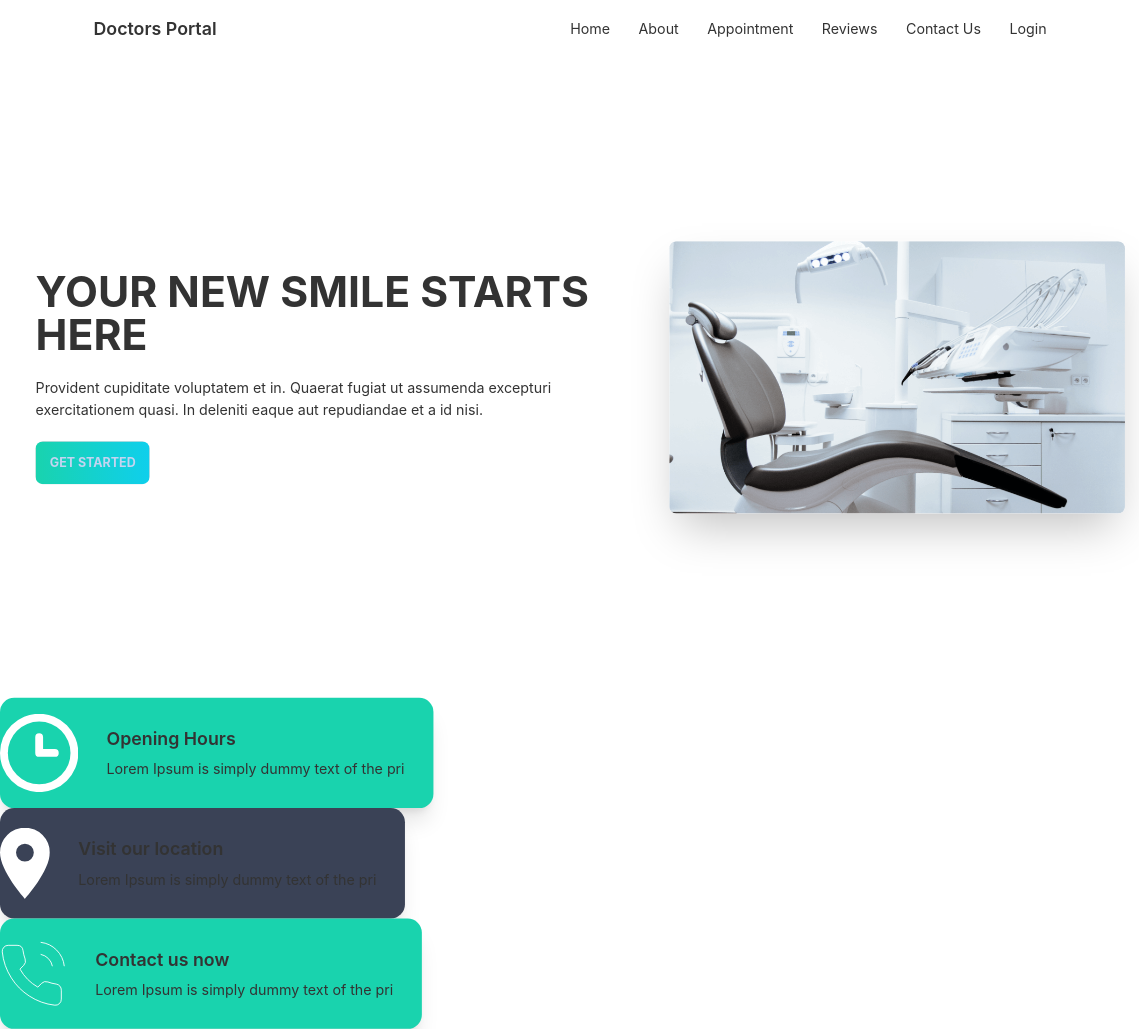
Repository: shikubro90/doctorsportal
Page: /
These files come from the project's save history. The page is drawn as it stood at one moment and after a run of saves; the edit follows.
The browser window is 1280 px wide. The pictures show the whole page, at 89% of full size.
The project was rebuilt for these pictures with package versions that can differ from the ones it lists, and the page was loaded fresh each time. Also part of the build but not shown: src/App.css, src/Pages/About/About.jsx.

Above is the page before, as saved 2022-09-28 16:54:08.

### src/App.js
import { Route, Routes } from 'react-router-dom';
import './App.css';
import About from './Pages/About/About';
import Home from './Pages/Home/Home';
import Navbar from './Shared/Navbar';

function App() {
  return (
    <div className="App">
      <Navbar/>
      <Routes>
        <Route path='/' element={<Home/>}/>
        <Route path='/home' element={<Home/>}/>
        <Route path='/about' element={<About/>}/>
      </Routes>
    </div>
  );
}

export default App;

### src/Pages/Home/Home.jsx
import React from 'react'
import Banner from './Banner'
import BasicInfo from './BasicInfo'

const Home = () => {
  return (
    <div>
      <Banner />
      <BasicInfo/>
    </div>
  )
}

export default Home

### src/Shared/Navbar.jsx
import React from 'react'
import { Link } from 'react-router-dom'

const Navbar = () => {
  return (
    <div className="px-20">
      <div className="navbar bg-base-100">
        <div className="navbar-start">
          <div className="dropdown">
            <label tabIndex={0} className="btn btn-ghost lg:hidden">
              <svg
                xmlns="http://www.w3.org/2000/svg"
                className="h-5 w-5"
                fill="none"
                viewBox="0 0 24 24"
                stroke="currentColor"
              >
                <path
                  strokeLinecap="round"
                  strokeLinejoin="round"
                  strokeWidth="2"
                  d="M4 6h16M4 12h8m-8 6h16"
                />
              </svg>
            </label>
            <ul
              tabIndex={0}
              className="menu menu-compact dropdown-content mt-3 p-2 shadow bg-base-100 rounded-box w-52"
            >
              <li>
                <Link to="/home">Home</Link>
              </li>
              <li>
                <Link to="/about">About</Link>
              </li>
              <li>
                <Link to="/appointment">Appointment</Link>
              </li>
              <li>
                <Link to="/review">Reviews</Link>
              </li>
              <li>
                <Link to="/contact">Contact Us</Link>
              </li>
              <li>
                <Link to="/contact">Login</Link>
              </li>
            </ul>
          </div>
          <Link to="/" className='btn btn-ghost normal-case text-xl'>Doctors Portal</Link>
        </div>

        <div className="navbar-center hidden lg:flex">

          <ul className="menu menu-horizontal p-0 pl-20">
            <li>
              <Link to="/home">Home</Link>
            </li>
            <li>
              <Link to="/about">About</Link>
            </li>
            <li>
              <Link to="/appointment">Appointment</Link>
            </li>
            <li>
              <Link to="/review">Reviews</Link>
            </li>
            <li>
              <Link to="/contact">Contact Us</Link>
            </li>
            <li>
              <Link to="/contact">Login</Link>
            </li>
          </ul>

        </div>

      </div>

    </div>
  )
}

export default Navbar

### src/Pages/Home/Banner.jsx
import React from 'react'
import heroImage from '../../assets/images/chair.png'
import ButtonPrimary from '../../Shared/ButtonPrimary'

function Banner() {
  return (
    <div className=''>
      <div className="hero min-h-screen">
        <div className="hero-content flex flex-col lg:flex-row-reverse">
          <img
            src={heroImage}
            className="max-w-lg rounded-lg shadow-2xl"
            alt='bannerImage'
          />
          <div className='px-6'>
            <h1 className="text-5xl font-bold uppercase">Your New Smile Starts Here</h1>
            <p className="py-6 ">
              Provident cupiditate voluptatem et in. Quaerat fugiat ut assumenda
              excepturi exercitationem quasi. In deleniti eaque aut repudiandae
              et a id nisi.
            </p>
            <ButtonPrimary>{"Get Started"}</ButtonPrimary>
          </div>
        </div>
      </div>
    </div>
  )
}

export default Banner

### src/Pages/Home/BasicInfo.jsx
import MiniCard from './MiniCard'
import { miniCard } from '../../assets/resourse/Resourse.js'

const BasicInfo = () => {
  return miniCard.map(({ id, icon, title, style, disc }) => {
    return (
      <MiniCard id={id} icon={icon} title={title} style={style} disc={disc} />
    )
  })
}

export default BasicInfo

### src/Shared/ButtonPrimary.jsx
function ButtonPrimary({ children }) {
  return (
    <div>
      <button className="btn bg-gradient-to-r from-secondary to-primary border-none font-bold">
        {children}
      </button>
    </div>
  )
}

export default ButtonPrimary

### src/Pages/Home/MiniCard.jsx
const MiniCard = (props) => {
  const { id, icon, title, style, disc } = props
  return (
    <div>
      <div key={id} className="cardWrapper flex">
        <div
          className="card card-side bg-base-100 shadow-xl flex items-center justify-center"
          style={style}
        >
          <div className="">
            <img src={icon} alt="icon" />
          </div>
          <div className="card-body">
            <h2 className="card-title">{title}</h2>
            <p>{disc}</p>
          </div>
        </div>
      </div>
    </div>
  )
}

export default MiniCard

### src/assets/resourse/Resourse.js
import clock from "../icons/clock.svg"
import marker from '../icons/marker.svg'
import phone from '../icons/phone.svg'

export const miniCard =[
    {
        id : 0,
        icon : clock,
        title : "Opening Hours",
        disc : "Lorem Ipsum is simply dummy text of the pri",
        style : {background : "#19D3AE"}
    },
    {
        id : 1,
        icon : marker,
        title : "Visit our location",
        disc : "Lorem Ipsum is simply dummy text of the pri",
        style : {background : "#3A4256"}
    },
    {
        id : 2,
        icon : phone,
        title : "Contact us now",
        disc : "Lorem Ipsum is simply dummy text of the pri",
        style : {background : "#19D3AE"}
    }
]

### tailwind.config.js
/** @type {import('tailwindcss').Config} */
module.exports = {
  content: [
    "./src/**/*.{js,jsx,ts,tsx}",
  ],
  theme: {
    extend: {},
  },
  daisyui: {
    themes: [
      {
       doctorstheme: {
          primary: "#0FCFEC",
          secondary: "#19D3AE",
          accent: "#3A4256",
          neutral: "#3d4451",
          "base-100": "#ffffff",
        },
      },
      "light",
      "cupcake",
    ],
  },
  plugins: [require("daisyui")],
}

Loaded but not shown: public/index.html (common file); src/index.js (common file); src/index.css (common file); src/reportWebVitals.js (common file)

After the next 4 saves:
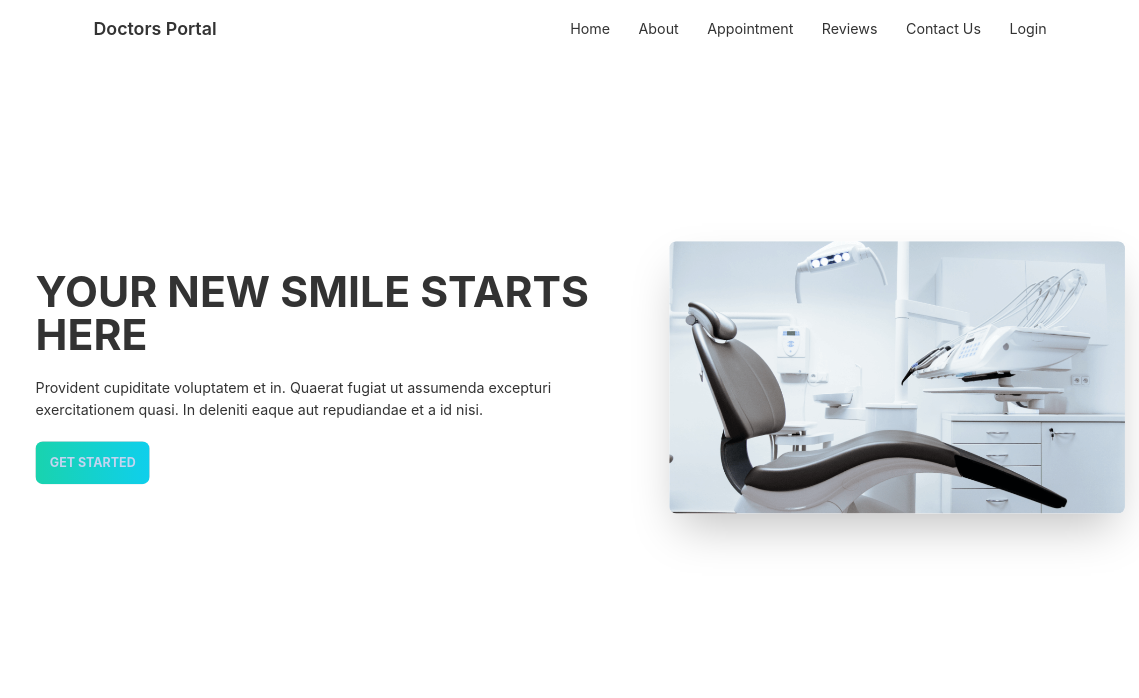
The 4 saves are shown as one change because they came seconds apart.
The last was saved 17 s later.
--- a/src/Pages/Home/BasicInfo.jsx
+++ b/src/Pages/Home/BasicInfo.jsx
@@ -2,7 +2,9 @@ import MiniCard from './MiniCard'
 import { miniCard } from '../../assets/resourse/Resourse.js'
 
 const BasicInfo = () => {
-  return miniCard.map(({ id, icon, title, style, disc }) => {
+  return
+
+  miniCard.map(({ id, icon, title, style, disc }) => {
     return (
       <MiniCard id={id} icon={icon} title={title} style={style} disc={disc} />
     )
